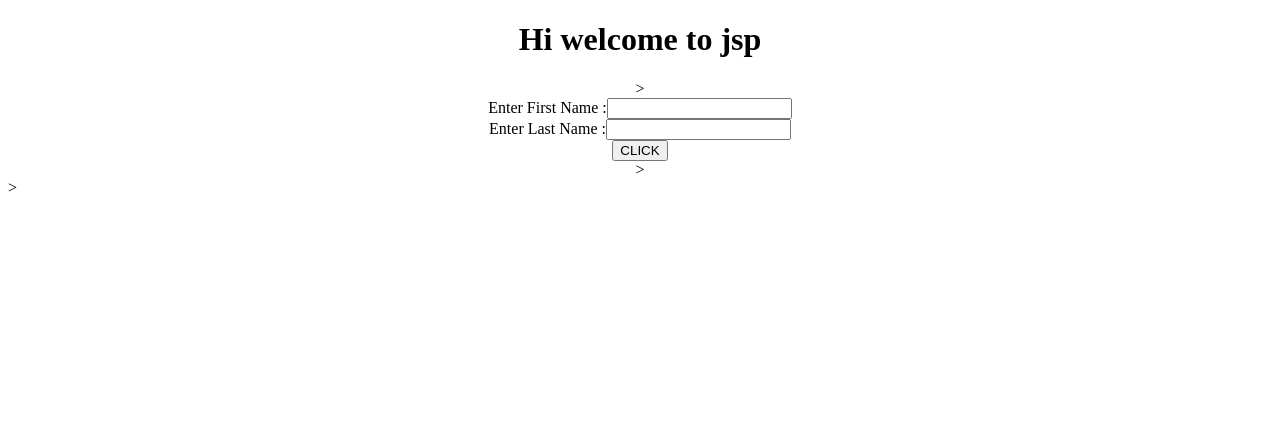
Repository: Surajkande2001/IGTSolution
Page: WebJSP3/src/main/webapp/Entry.html
The author's editor kept a copy of each file at every save. The page is drawn from the files as they stood at one save, then again after the next save.
The browser window is 1280 px wide. The pictures show the whole page.

Above is the page before, as saved 2023-06-30 10:11:08.

### WebJSP3/src/main/webapp/Entry.html
<!DOCTYPE html>
<html>
<head>
<meta charset="ISO-8859-1">
<title>Insert title here</title>
</head>
<body>
<div style = "text-align: center;">
  <h1> Hi welcome to jsp </h1>>
  <form action = "Demo.jsp">


  Enter First Name :<input type = "text" name = "fname"><br>
  Enter Last Name :<input type = "text" name = "lname"><br>



  <input type = "submit" value = "CLICK">

  </form>>
  </div>>
</body>
</html>

After the next save:
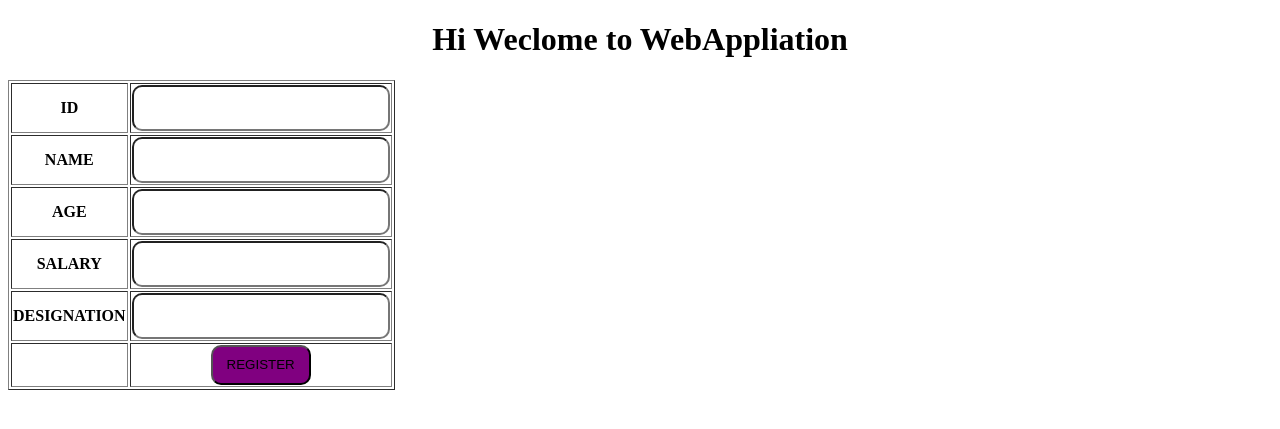
Saved 6 min 28 s later.
--- a/WebJSP3/src/main/webapp/Entry.html
+++ b/WebJSP3/src/main/webapp/Entry.html
@@ -1,23 +1,56 @@
 <!DOCTYPE html>
 <html>
+
+
+
 <head>
 <meta charset="ISO-8859-1">
 <title>Insert title here</title>
 </head>
-<body>
-<div style = "text-align: center;">
-  <h1> Hi welcome to jsp </h1>>
-  <form action = "Demo.jsp">
-
-
-  Enter First Name :<input type = "text" name = "fname"><br>
-  Enter Last Name :<input type = "text" name = "lname"><br>
 
 
 
-  <input type = "submit" value = "CLICK">
+<body>
+<div style="text-align: center;">
+<h1> Hi Weclome to WebAppliation </h1>
+<form action="Demo.jsp">
+<table border="1">
+<tr>
+<th>ID</th>
+<th><input type="text" name="uid" style="width: 250px;height: 40px;border-radius: 10px"></th>
+</tr>
 
-  </form>>
-  </div>>
+<tr>
+<th>NAME </th>
+<th><input type="text" name="uname" style="width: 250px;height: 40px;border-radius: 10px"></th>
+</tr>
+
+<tr>
+<th>AGE</th>
+<th><input type="text" name="uage" style="width: 250px;height: 40px;border-radius: 10px"></th>
+</tr>
+
+<tr>
+<th>SALARY</th>
+<th><input type="text" name="usalary" style="width: 250px;height: 40px;border-radius: 10px"></th>
+</tr>
+
+<tr>
+<th>DESIGNATION</th>
+<th><input type="text" name="udesig" style="width: 250px;height: 40px;border-radius: 10px"></th>
+</tr>
+
+<tr>
+<th></th>
+<th><input type="submit" value="REGISTER" style="width: 100px;height: 40px;border-radius: 10px;background-color: purple;"></th>
+</tr>
+
+</table>
+
+</form>
+</div>
 </body>
+
+
+
 </html>
